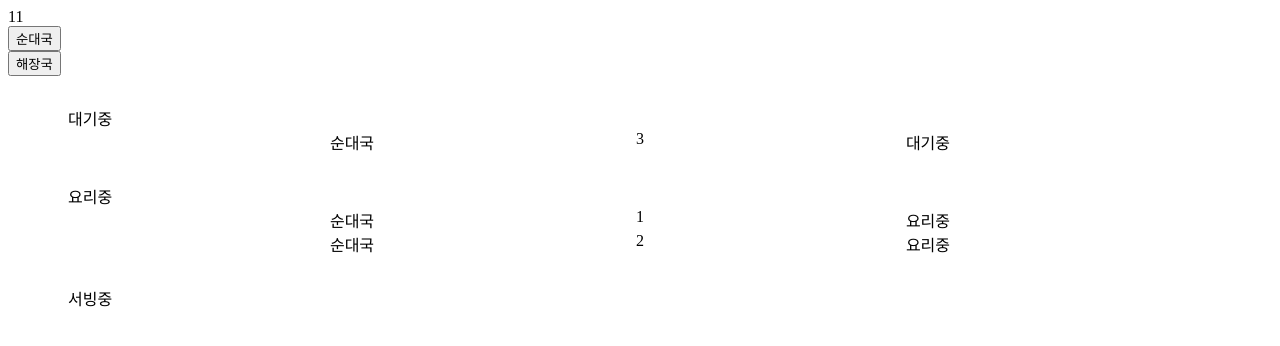
Repository: IT-magician/Restaurant-Simulation
Page: index.html
An editor plug-in stored every save of this project. The page is shown before and after the next save, followed by the edit.
The browser window is 1280 px wide. The pictures show the whole page.

Above is the page before, as saved 2023-11-14 23:02:40.

After the next save:
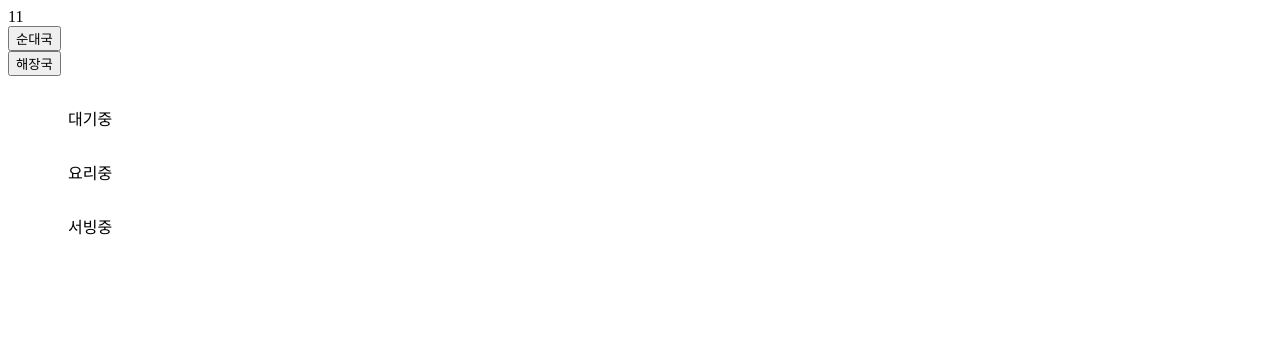
Saved 38 s later.
--- a/js/main.js
+++ b/js/main.js
@@ -104,16 +104,3 @@ orderListBtns.addEventListener("click", (e) => {
       break;
   }
 });
-
-window.addEventListener("load", async () => {
-  kiosk.orderSundaeSoop();
-  kiosk.orderSundaeSoop();
-  kiosk.orderSundaeSoop();
-  // orderManager.append(food2);
-});
-
-// kiosk.orderSundaeSoop();
-// kiosk.orderSundaeSoop();
-// kiosk.orderSundaeSoop();
-// kiosk.orderSundaeSoop();
-// kiosk.orderSundaeSoop();
